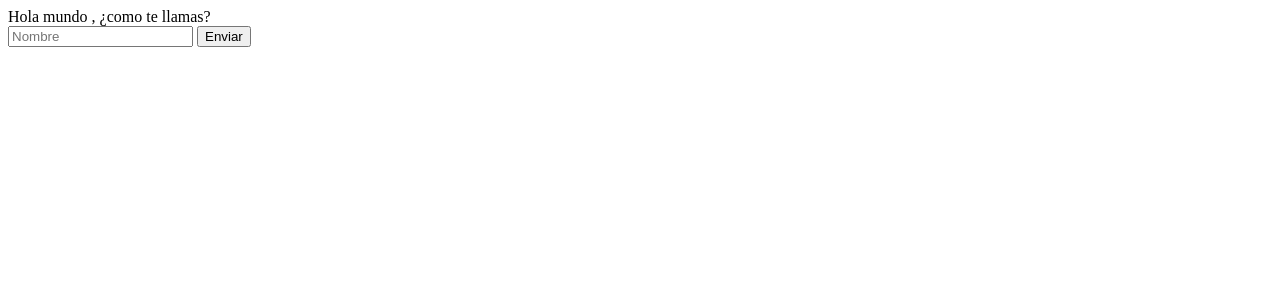
Repository: josevazquez99/DesarrolloWebEnEntornoServidor
Page: HolaMundo/src/main/webapp/index.html
An editor plug-in stored every save of this project. The page is shown before and after the next save, followed by the edit.
The browser window is 1280 px wide. The pictures show the whole page.

Above is the page before, as saved 2023-09-27 06:08:12.

### HolaMundo/src/main/webapp/index.html
<!DOCTYPE html>
<html>
<head>
<meta charset="UTF-8">
<title>Insert title here</title>
</head>
<body>
Hola mundo , ¿como te llamas?
	<form method="post" action="respuestaHola.html">

		<input type="text" placeholder="Nombre" />
		<input type="submit" value="Enviar" />

	</form>




</body>
</html>

After the next save:
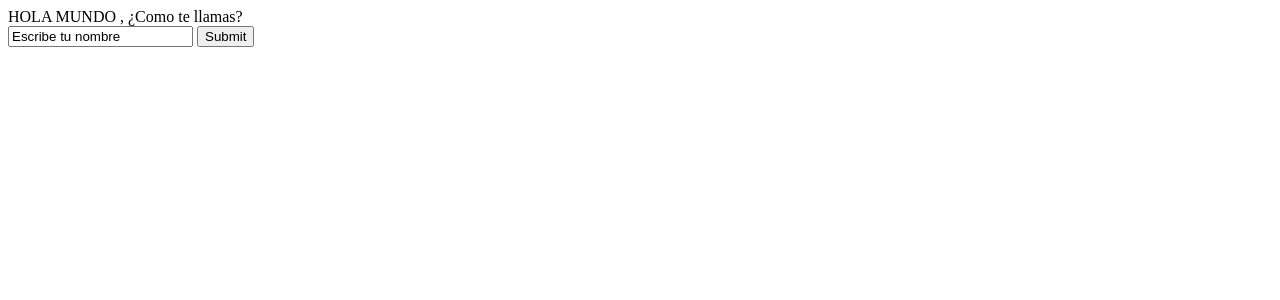
Saved 22 min 24 s later.
--- a/HolaMundo/src/main/webapp/index.html
+++ b/HolaMundo/src/main/webapp/index.html
@@ -1,20 +1,29 @@
 <!DOCTYPE html>
+
 <html>
+
 <head>
+
 <meta charset="UTF-8">
+
 <title>Insert title here</title>
+
 </head>
+
 <body>
-Hola mundo , ¿como te llamas?
-	<form method="post" action="respuestaHola.html">
 
-		<input type="text" placeholder="Nombre" />
-		<input type="submit" value="Enviar" />
-
-	</form>
+HOLA MUNDO , ¿Como te llamas?
 
 
+<form method="post" action="respuesHola.html">
+
+<input type="text" value="Escribe tu nombre" placeholder="Nombre"></input>
+
+<input type="submit" placeholder="Enviar">
+
+</form>
 
 
 </body>
+
 </html>
